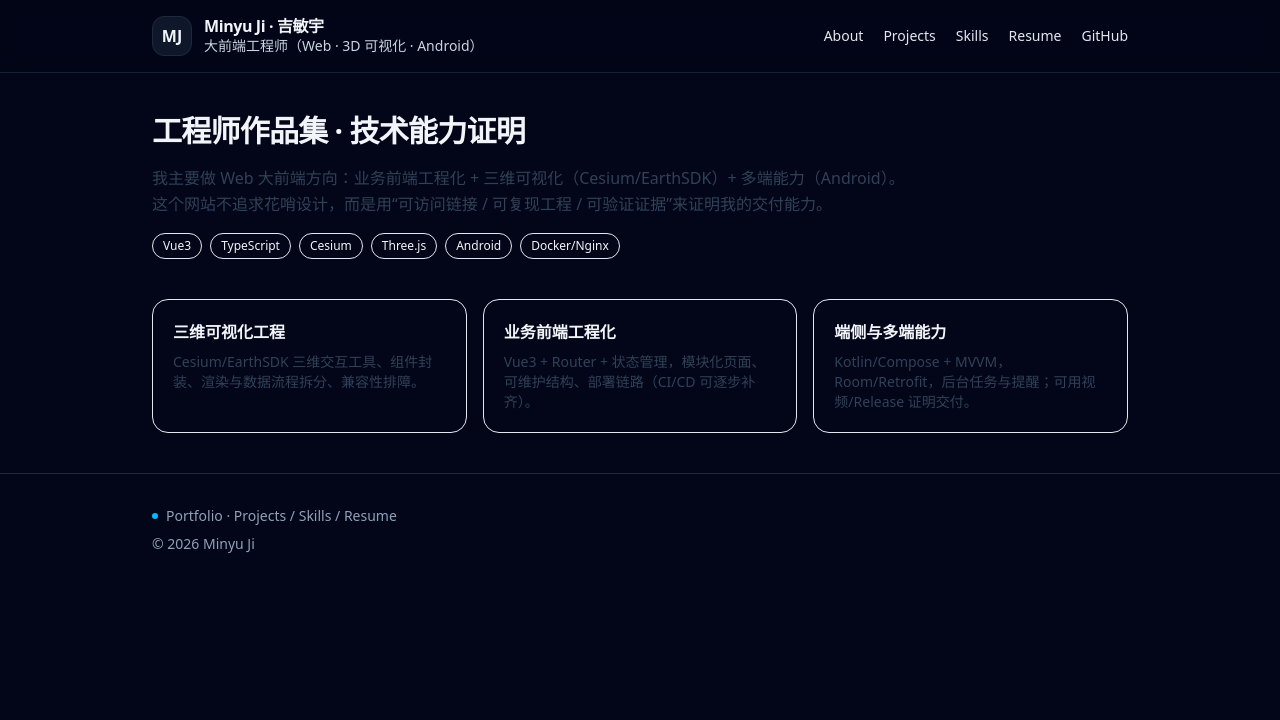
Repository: Andrew-JX/mj-portfolio
Page: /
The author's editor kept a copy of each file at every save. The page is drawn from the files as they stood at one save, then again after the next save.
The browser window is 1280 px wide. The pictures show the whole page.
The project was rebuilt for these pictures with package versions that can differ from the ones it lists, and the page was loaded fresh each time. Also part of the build but not shown: vite.config.ts, src/data/projects.ts, src/pages/ProjectsPage.vue, src/pages/ProjectDetailPage.vue, src/pages/SkillsPage.vue, src/pages/ResumePage.vue.

Above is the page before, as saved 2026-01-06 21:57:10.

### index.html
<!doctype html>
<html lang="en">
  <head>
    <meta charset="UTF-8" />
    <link rel="icon" type="image/svg+xml" href="/vite.svg" />
    <meta name="viewport" content="width=device-width, initial-scale=1.0" />
    <title>Minyu Ji · 吉敏宇 | Portfolio</title>
  </head>
  <body>
    <div id="app"></div>
    <script type="module" src="/src/main.ts"></script>
  </body>
</html>

### src/main.ts
import { createApp } from 'vue'
import './styles/app.css'
import App from './App.vue'
import router from './router'

createApp(App).use(router).mount('#app')

### src/styles/app.css
@import "tailwindcss";

:root {
  color-scheme: dark;
}

html, body {
  height: 100%;
}

body {
  @apply bg-slate-950 text-slate-100;
}

/* 统一链接/选中文本的观感 */
a {
  @apply text-slate-200 hover:text-white;
}

::selection {
  @apply bg-sky-500/30;
}

### src/App.vue
<template>
  <div class="min-h-screen">
    <header class="sticky top-0 z-50 border-b border-slate-800/80 bg-slate-950/70 backdrop-blur">
      <div class="mx-auto max-w-5xl px-6 py-4 flex items-center justify-between">
        <div class="flex items-center gap-3">
          <div
            class="h-10 w-10 rounded-xl bg-slate-900 border border-slate-800 flex items-center justify-center font-semibold">
            MJ
          </div>
          <div class="leading-tight">
            <div class="font-semibold tracking-tight">Minyu Ji · 吉敏宇</div>
            <div class="text-sm text-slate-300">大前端工程师（Web · 3D 可视化 · Android）</div>
          </div>
        </div>

        <nav class="flex items-center gap-5 text-sm">
          <RouterLink class="text-slate-300 hover:text-white" to="/">About</RouterLink>
          <RouterLink class="text-slate-300 hover:text-white" to="/projects">Projects</RouterLink>
          <RouterLink class="text-slate-300 hover:text-white" to="/skills">Skills</RouterLink>
          <RouterLink class="text-slate-300 hover:text-white" to="/resume">Resume</RouterLink>

          <a class="text-slate-300 hover:text-white" href="https://github.com/Andrew-JX/" target="_blank"
            rel="noreferrer">
            GitHub
          </a>
        </nav>
      </div>
    </header>

    <main class="mx-auto max-w-5xl px-6 py-10">
      <RouterView />
    </main>

    <footer class="border-t border-slate-800">
      <div class="mx-auto max-w-5xl px-6 py-8 text-sm text-slate-400 flex flex-col gap-2">
        <div class="flex items-center gap-2">
          <span class="inline-block h-1.5 w-1.5 rounded-full bg-sky-400"></span>
          <span>Portfolio · Projects / Skills / Resume</span>
        </div>
        <div>© {{ new Date().getFullYear() }} Minyu Ji</div>
      </div>
    </footer>
  </div>
</template>

### src/router/index.ts
import { createRouter, createWebHashHistory } from 'vue-router'
import AboutPage from '@/pages/AboutPage.vue'
import ProjectsPage from '@/pages/ProjectsPage.vue'
import ProjectDetailPage from '@/pages/ProjectDetailPage.vue'
import SkillsPage from '@/pages/SkillsPage.vue'
import ResumePage from '@/pages/ResumePage.vue'

const router = createRouter({
  history: createWebHashHistory(),
  routes: [
    { path: '/', component: AboutPage },
    { path: '/projects', component: ProjectsPage },
    { path: '/projects/:slug', component: ProjectDetailPage },
    { path: '/skills', component: SkillsPage },
    { path: '/resume', component: ResumePage },
  ],
  scrollBehavior() {
    return { top: 0 }
  },
})

export default router

### src/pages/AboutPage.vue
<template>
  <div class="space-y-10">
    <section class="space-y-4">
      <h1 class="text-3xl font-semibold tracking-tight">工程师作品集 · 技术能力证明</h1>
      <p class="text-slate-700 leading-relaxed max-w-3xl">
        我主要做 Web 大前端方向：业务前端工程化 + 三维可视化（Cesium/EarthSDK）+ 多端能力（Android）。
        这个网站不追求花哨设计，而是用“可访问链接 / 可复现工程 / 可验证证据”来证明我的交付能力。
      </p>

      <div class="flex flex-wrap gap-2">
        <span class="px-2.5 py-1 rounded-full text-xs border border-slate-200">Vue3</span>
        <span class="px-2.5 py-1 rounded-full text-xs border border-slate-200">TypeScript</span>
        <span class="px-2.5 py-1 rounded-full text-xs border border-slate-200">Cesium</span>
        <span class="px-2.5 py-1 rounded-full text-xs border border-slate-200">Three.js</span>
        <span class="px-2.5 py-1 rounded-full text-xs border border-slate-200">Android</span>
        <span class="px-2.5 py-1 rounded-full text-xs border border-slate-200">Docker/Nginx</span>
      </div>
    </section>

    <section class="grid md:grid-cols-3 gap-4">
      <div class="rounded-2xl border border-slate-200 p-5">
        <div class="font-semibold">三维可视化工程</div>
        <p class="text-sm text-slate-700 mt-2">
          Cesium/EarthSDK 三维交互工具、组件封装、渲染与数据流程拆分、兼容性排障。
        </p>
      </div>
      <div class="rounded-2xl border border-slate-200 p-5">
        <div class="font-semibold">业务前端工程化</div>
        <p class="text-sm text-slate-700 mt-2">
          Vue3 + Router + 状态管理，模块化页面、可维护结构、部署链路（CI/CD 可逐步补齐）。
        </p>
      </div>
      <div class="rounded-2xl border border-slate-200 p-5">
        <div class="font-semibold">端侧与多端能力</div>
        <p class="text-sm text-slate-700 mt-2">
          Kotlin/Compose + MVVM，Room/Retrofit，后台任务与提醒；可用视频/Release 证明交付。
        </p>
      </div>
    </section>
  </div>
</template>

After the next save:
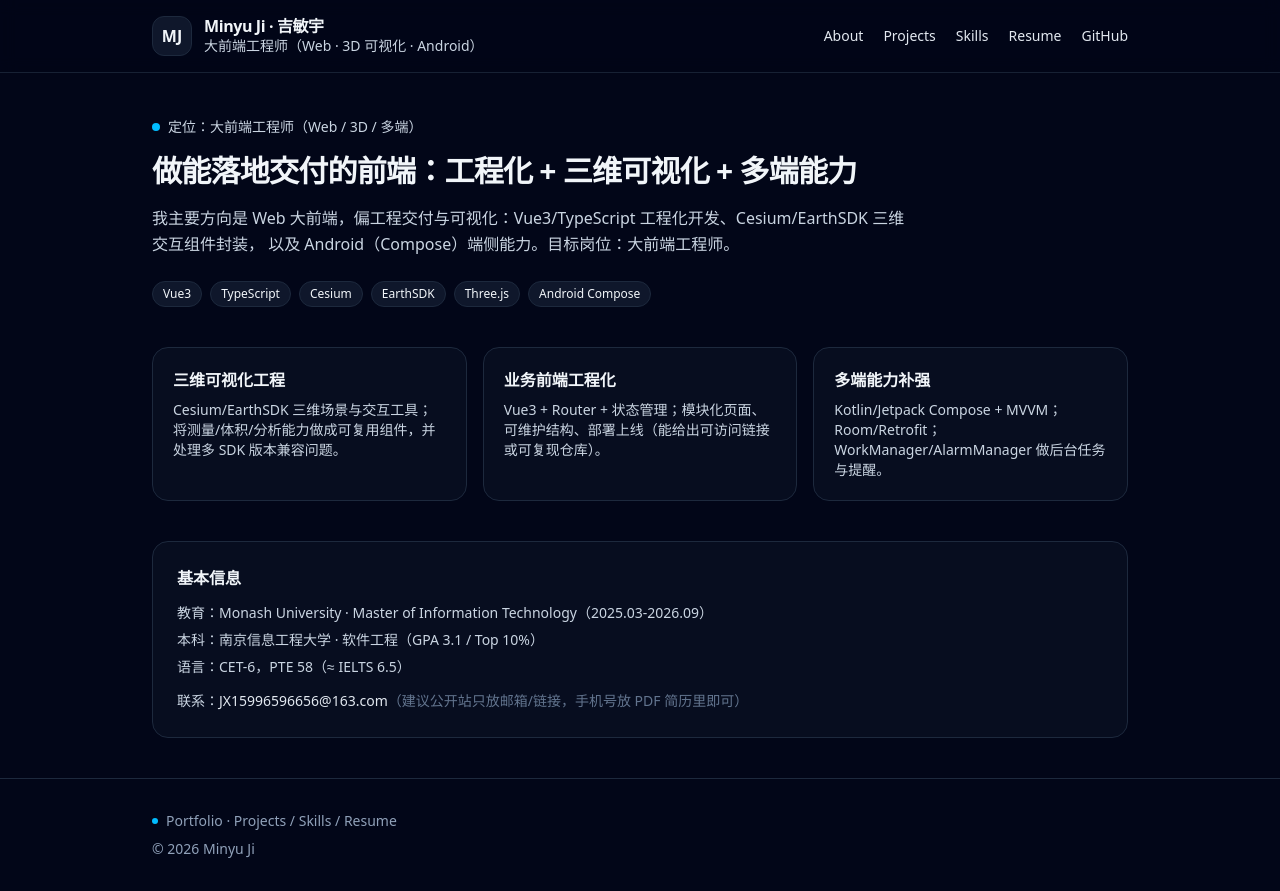
Saved 60 s later.
--- a/src/pages/AboutPage.vue
+++ b/src/pages/AboutPage.vue
@@ -1,40 +1,63 @@
 <template>
   <div class="space-y-10">
     <section class="space-y-4">
-      <h1 class="text-3xl font-semibold tracking-tight">工程师作品集 · 技术能力证明</h1>
-      <p class="text-slate-700 leading-relaxed max-w-3xl">
-        我主要做 Web 大前端方向：业务前端工程化 + 三维可视化（Cesium/EarthSDK）+ 多端能力（Android）。
-        这个网站不追求花哨设计，而是用“可访问链接 / 可复现工程 / 可验证证据”来证明我的交付能力。
+      <div class="inline-flex items-center gap-2 text-sm text-slate-300">
+        <span class="inline-block h-2 w-2 rounded-full bg-sky-400"></span>
+        <span>定位：大前端工程师（Web / 3D / 多端）</span>
+      </div>
+
+      <h1 class="text-3xl font-semibold tracking-tight">
+        做能落地交付的前端：工程化 + 三维可视化 + 多端能力
+      </h1>
+
+      <p class="text-slate-300 leading-relaxed max-w-3xl">
+        我主要方向是 Web 大前端，偏工程交付与可视化：Vue3/TypeScript 工程化开发、Cesium/EarthSDK 三维交互组件封装，
+        以及 Android（Compose）端侧能力。目标岗位：大前端工程师。
       </p>
 
-      <div class="flex flex-wrap gap-2">
-        <span class="px-2.5 py-1 rounded-full text-xs border border-slate-200">Vue3</span>
-        <span class="px-2.5 py-1 rounded-full text-xs border border-slate-200">TypeScript</span>
-        <span class="px-2.5 py-1 rounded-full text-xs border border-slate-200">Cesium</span>
-        <span class="px-2.5 py-1 rounded-full text-xs border border-slate-200">Three.js</span>
-        <span class="px-2.5 py-1 rounded-full text-xs border border-slate-200">Android</span>
-        <span class="px-2.5 py-1 rounded-full text-xs border border-slate-200">Docker/Nginx</span>
+      <div class="flex flex-wrap gap-2 pt-2">
+        <span class="px-2.5 py-1 rounded-full text-xs bg-slate-900 border border-slate-800">Vue3</span>
+        <span class="px-2.5 py-1 rounded-full text-xs bg-slate-900 border border-slate-800">TypeScript</span>
+        <span class="px-2.5 py-1 rounded-full text-xs bg-slate-900 border border-slate-800">Cesium</span>
+        <span class="px-2.5 py-1 rounded-full text-xs bg-slate-900 border border-slate-800">EarthSDK</span>
+        <span class="px-2.5 py-1 rounded-full text-xs bg-slate-900 border border-slate-800">Three.js</span>
+        <span class="px-2.5 py-1 rounded-full text-xs bg-slate-900 border border-slate-800">Android Compose</span>
       </div>
     </section>
 
     <section class="grid md:grid-cols-3 gap-4">
-      <div class="rounded-2xl border border-slate-200 p-5">
+      <div class="rounded-2xl bg-slate-900/40 border border-slate-800 p-5">
         <div class="font-semibold">三维可视化工程</div>
-        <p class="text-sm text-slate-700 mt-2">
-          Cesium/EarthSDK 三维交互工具、组件封装、渲染与数据流程拆分、兼容性排障。
+        <p class="text-sm text-slate-300 mt-2">
+          Cesium/EarthSDK 三维场景与交互工具；将测量/体积/分析能力做成可复用组件，并处理多 SDK 版本兼容问题。
         </p>
       </div>
-      <div class="rounded-2xl border border-slate-200 p-5">
+
+      <div class="rounded-2xl bg-slate-900/40 border border-slate-800 p-5">
         <div class="font-semibold">业务前端工程化</div>
-        <p class="text-sm text-slate-700 mt-2">
-          Vue3 + Router + 状态管理，模块化页面、可维护结构、部署链路（CI/CD 可逐步补齐）。
+        <p class="text-sm text-slate-300 mt-2">
+          Vue3 + Router + 状态管理；模块化页面、可维护结构、部署上线（能给出可访问链接或可复现仓库）。
         </p>
       </div>
-      <div class="rounded-2xl border border-slate-200 p-5">
-        <div class="font-semibold">端侧与多端能力</div>
-        <p class="text-sm text-slate-700 mt-2">
-          Kotlin/Compose + MVVM，Room/Retrofit，后台任务与提醒；可用视频/Release 证明交付。
+
+      <div class="rounded-2xl bg-slate-900/40 border border-slate-800 p-5">
+        <div class="font-semibold">多端能力补强</div>
+        <p class="text-sm text-slate-300 mt-2">
+          Kotlin/Jetpack Compose + MVVM；Room/Retrofit；WorkManager/AlarmManager 做后台任务与提醒。
         </p>
+      </div>
+    </section>
+
+    <section class="rounded-2xl bg-slate-900/40 border border-slate-800 p-6 space-y-3">
+      <div class="font-semibold">基本信息</div>
+      <div class="text-sm text-slate-300 leading-relaxed space-y-1">
+        <div>教育：Monash University · Master of Information Technology（2025.03-2026.09）</div>
+        <div>本科：南京信息工程大学 · 软件工程（GPA 3.1 / Top 10%）</div>
+        <div>语言：CET-6，PTE 58（≈ IELTS 6.5）</div>
+        <div class="pt-2">
+          联系：<span class="text-slate-200">JX15996596656@163.com</span>
+          <span class="text-slate-500">（建议公开站只放邮箱/链接，手机号放 PDF 简历里即可）</span>
+        </div>
       </div>
     </section>
   </div>
